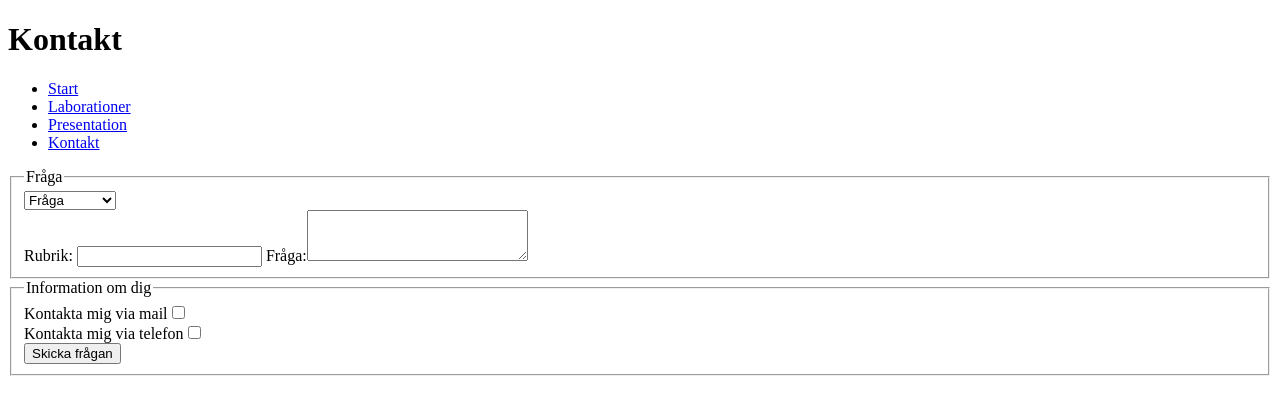
Repository: ulfek/laborationer
Page: pages/kontakt.html
The author's editor kept a record of every edit. The page is drawn from the files as they stood at one moment, then again after the next edit.
The browser window is 1280 px wide. The pictures show the whole page.

Above is the page before.

After the next edit:
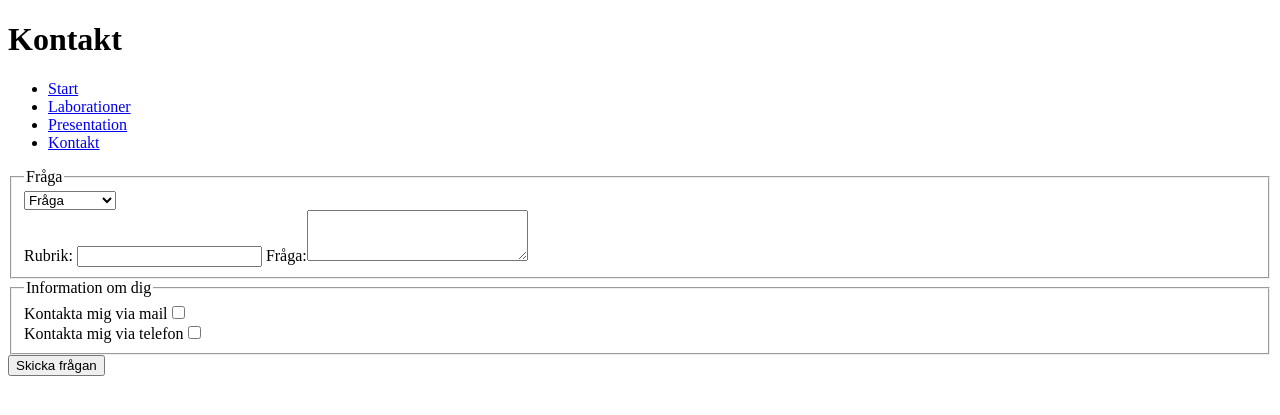
The edit:
--- a/pages/kontakt.html
+++ b/pages/kontakt.html
@@ -27,8 +27,8 @@
             <legend>Information om dig</legend>
             Kontakta mig via mail<input type="checkbox" name=mail value="Mail"><br>
             Kontakta mig via telefon<input type="checkbox" name=telefon value="Telefon"><br>
+            </fieldset>
             <input type="submit" value="Skicka frågan">
-            </fieldset>
         </form>
     </body>
 </html>
